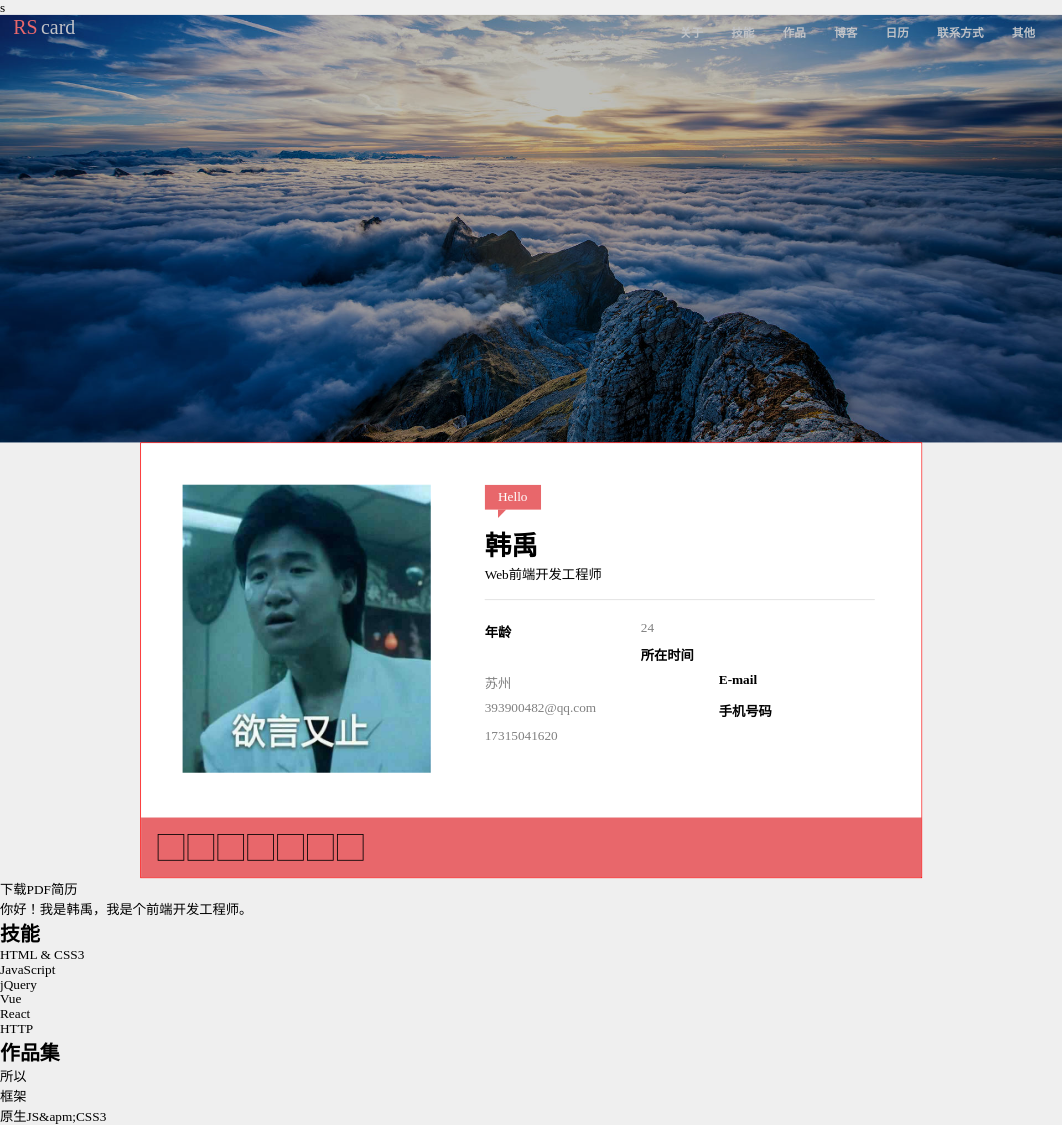
Repository: yorkHan/resume
Page: index.html
An editor plug-in stored every save of this project. The page is shown before and after a run of saves, followed by the edit.
The browser window is 1280 px wide. The pictures show the whole page, at 83% of full size.

Above is the page before, as saved 2018-04-10 00:45:49.

### index.html
<!DOCTYPE html>
<html lang="en">
<head>
    <meta charset="UTF-8">
    <meta name="viewport" content="width=device-width, initial-scale=1.0">
    <meta http-equiv="X-UA-Compatible" content="ie=edge">
    <title>Document</title>
    <link rel="stylesheet" href="./1.css">
    <script src="//at.alicdn.com/t/font_621912_9r2kl0u76xzb0529.js"></script>
    <style type="text/css">
        .icon {
           width: 1em; height: 1em;
           vertical-align: -0.15em;
           fill: currentColor;
           overflow: hidden;
        }
    </style>s
</head>
<body>
    <div class="topNavBar clearfix">
        <div class="topNavBar-inner clearfix">
            <a class="logo" href="#" alt="logo" style="float:left;">
                <span class="rs">RS</span><span class="card">card</span>
            </a>
            <nav>
                <ul class="clearfix" style="float: right;">
                    <li><a href="#">关于</a></li>
                    <li><a href="#">技能</a></li>
                    <li><a href="#">作品</a></li>
                    <li><a href="#">博客</a></li>
                    <li><a href="#">日历</a></li>
                    <li><a href="#">联系方式</a></li>
                    <li><a href="#">其他</a></li>
                </ul>
            </nav>
        </div>
    </div>
    <div class="banner" style="background-image: url(./images/3.jpg)">
        <div class="mask"></div>
    </div>
    <main>
        <div class="usercard">
            <div class="textAndPicture clearfix">
                <div class="pic">
                    <img src="./images/avatar.png" style="width:299px;height:347px" alt="头像">
                </div>
                <div class="text">
                    <div class="profile">
                    <span class="welcome">Hello
                        <span class="triangle"></span>
                    </span>
                    <h1>韩禹</h1>
                    <p>Web前端开发工程师</p>
                    <hr>
                    <dl>
                        <dt>年龄</dt>
                        <dd>24</dd>
                        <dt>所在时间</dt>
                        <dd>苏州</dd>
                        <dt>E-mail</dt>
                        <dd>393900482@qq.com</dd>
                        <dt>手机号码</dt>
                        <dd>17315041620</dd>
                    </dl>
                </div>
                </div>
            </div>
            <footer class="media">
                <a href="#">
                    <svg class="icon" aria-hidden="true">
                        <use xlink:href="#icon-github"></use>
                    </svg>
                </a>
                <a href="#">
                    <svg class="icon" aria-hidden="true">
                        <use xlink:href="#icon-dianhua"></use>
                    </svg>
                </a>
                <a href="#">
                    <svg class="icon" aria-hidden="true">
                        <use xlink:href="#icon-youjian"></use>
                    </svg>
                </a>
                <a href="#">
                    <svg class="icon" aria-hidden="true">
                        <use xlink:href="#icon-hexo"></use>
                    </svg>
                </a>
                <a href="#">
                    <svg class="icon" aria-hidden="true">
                        <use xlink:href="#icon-msnui-logo-qq"></use>
                     </svg>
                </a>
                <a href="#">
                    <svg class="icon" aria-hidden="true">
                        <use xlink:href="#icon-gongzhonghao"></use>
                    </svg>
                </a>
                <a href="#">
                    <svg class="icon" aria-hidden="true">
                        <use xlink:href="#icon-weibo"></use>
                    </svg>
                </a>
            </footer>
        </div>
        <a href="">下载PDF简历</a>
        <p>
            你好！我是韩禹，我是个前端开发工程师。
        </p>
    </main>
    <section>
        <h2>技能</h2>
        <ol>
            <li>HTML &amp; CSS3</li>
            <li>JavaScript</li>
            <li>jQuery</li>
            <li>Vue</li>
            <li>React</li>
            <li>HTTP</li>
        </ol>
    </section>
    <section>
        <h2>作品集</h2>
        <nav>
            <ol>
                <li>所以</li>
                <li>框架</li>
                <li>原生JS&apm;CSS3</li>
            </ol>
        </nav>
        <div class="jobs">
            <div class="big"></div>
            <div class='small'></div>
            <div class="small"></div>
        </div>
    </section>
</body>
</html>

### 1.css
body{
    background-color: #EFEFEF;
    margin: 0;
}
*{
    margin: 0;
    padding: 0;
}
a{
    color: inherit;
    text-decoration: none;
}
.clearfix::after{
    content: '';
    display: block;
    clear: both;
}
.topNavBar{
    padding: 20px 0px 20px 0px;
    position: fixed;
    top:0;
    left:0;
    width:100%;
}
.topNavBar-inner{
    padding: 0 16px;
}
.topNavBar nav>ul{
    list-style: none;
    margin: 0;
    padding: 0;
}
.topNavBar nav>ul>li{
    float: left;

}
.topNavBar nav>ul>li>a{
    display: block;
    font-size: 14px;
    font-weight: bold;
    color:#c1c3c7;
    margin-left: 17px;
    margin-right: 17px;
    padding-top: 5px;
    padding-bottom: 5px;
    border-top:3px solid transparent;
    border-bottom:3px solid transparent;
}
.topNavBar nav>ul>li>a:hover{
    border-bottom:3px solid #E8676B;
}
.topNavBar .logo{
    font-family: "Arial Rounded MT Bold";
    font-size: 24px;
}
.topNavBar .logo .rs{
    margin-right: 4px;
    color:#E8676B;
}
.topNavBar .logo .card {
    color:#c1c3c7;
}
.banner{
    height: 515px;
    background-position: center center;
    background-size:cover;
}
.banner .mask{
    height: 515px;
    background-color: rgba(0, 0, 0, 0.26);
}
.usercard{
    border:1px solid red;
    max-width: 940px;
    margin-left: auto;
    margin-right: auto;
}
.text .welcome{
    padding: 4px 16px;
    line-height: 22px;
    display: inline-block;
    background-color: #E8676B;
    color: white;
    position: relative;
}
.text h1{
    margin-top:18px;
}
hr{
    height: 0;
    border:none;
    border-top: 1px solid #DEDEDE;
}

.triangle{
    display: block;
    border: 10px solid transparent;
    width: 0;
    border-left-color:#E8676B;
    border-top:0;
    position: absolute;
    top:100%;
}
.usercard .pic{
    float: left;
}
.usercard .text{
    float: left;
    margin-left: 65px;
    width: 470px;
}
.usercard .text hr{
    margin: 20px 0px;
}
.usercard footer.media {
    background: #E8676B;
    padding: 20px;
    tet
}
.usercard footer.media>a {
    border: 1px solid black;
    display: inline-block;
}
.usercard svg{
    width: 30px;
    height: 30px;
    fill: white;
    vertical-align: top;
}
.textAndPicture{
    background-color: #FFF;
    padding: 50px;
}
.usercard dl dt{
    float: left;
    width: 40%;
    padding: 5px 0;
    font-weight: bold;
}
.usercard dl dd{
    float: left;
    width: 60%;
    padding: 5px 0;
    color: gray;
}

After the next 2 saves:
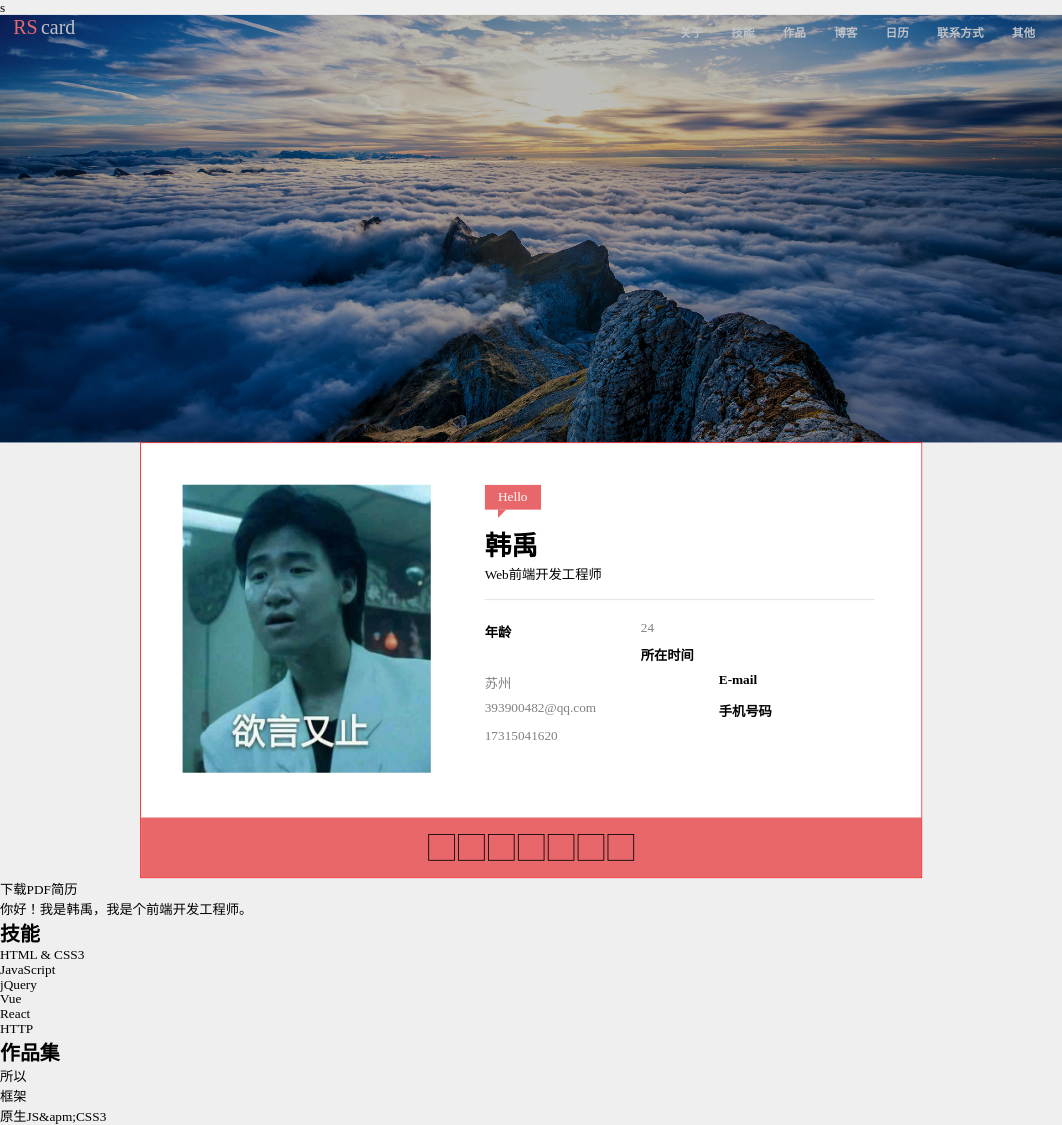
The 2 saves are shown as one change because they came seconds apart.
The last was saved 8 s later.
--- a/1.css
+++ b/1.css
@@ -115,7 +115,7 @@ hr{
 .usercard footer.media {
     background: #E8676B;
     padding: 20px;
-    tet
+    text-align: center;
 }
 .usercard footer.media>a {
     border: 1px solid black;
